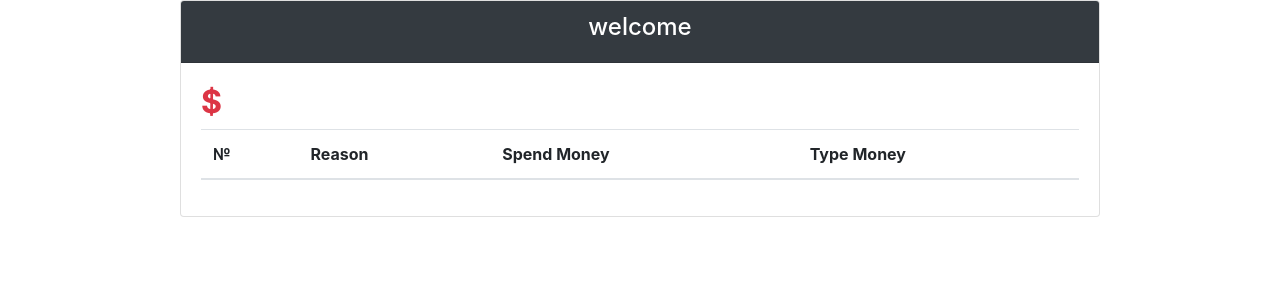
Repository: surefaceJS/allMyWorkInaliLinux
Page: hardcha/index.html
These files come from the project's save history. The page is drawn as it stood at one moment and after the next save; the edit follows.
The browser window is 1280 px wide. The pictures show the whole page.

Above is the page before, as saved 2021-04-19 11:36:39.

After the next save:
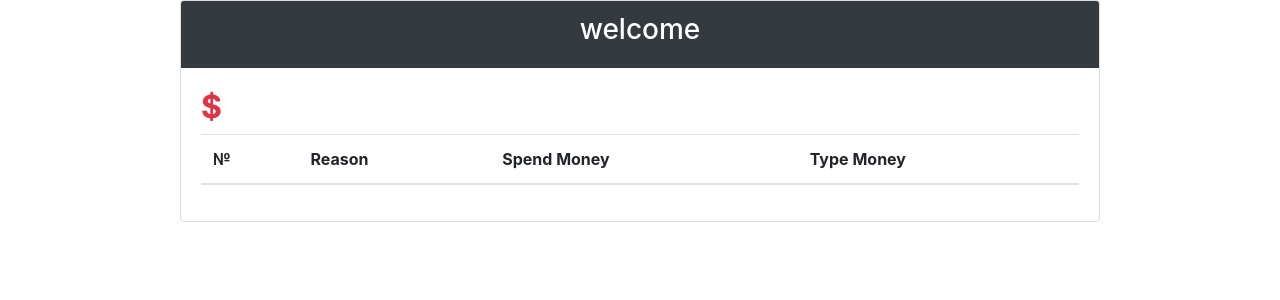
Saved 36 s later.
--- a/hardcha/index.html
+++ b/hardcha/index.html
@@ -21,7 +21,7 @@
                 <div class="card">
 
                     <div class="card-header bg-dark text-white text-center">
-                        <h4>welcome <span id="pushName"></span> </h4>
+                        <h3>welcome <span id="pushName"></span> </h3>
                     </div>
                     <div class="card-body">
                         <h2 class="text-danger text-uppercase font-intel-bold" id="pushMonay"><span>$</span></h2>
